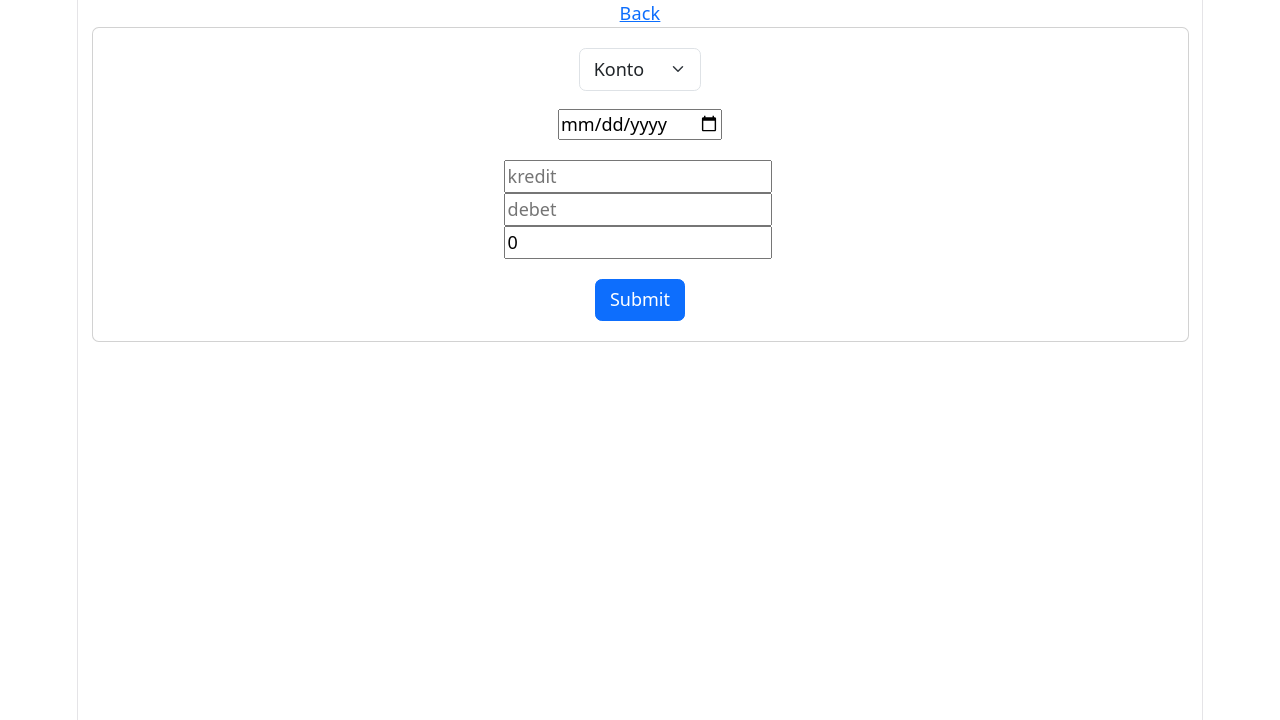
Repository: supply24/kidsaccount
Page: /action
An editor plug-in stored every save of this project. The page is shown before and after the next save, followed by the edit.
The browser window is 1280 px wide. The pictures show the whole page.
The page's requests for data from a server got no answer. The project was rebuilt for these pictures with package versions that can differ from the ones it lists, and the page was loaded fresh each time. No one was signed in, and anything a server would have sent is missing. Also part of the build but not shown: vite.config.js, src/App.css, src/App.jsx, src/Homing.jsx, src/Emilia.jsx, src/Alexander.jsx.

Above is the page before, as saved 2026-08-01 05:42:59.

After the next save:
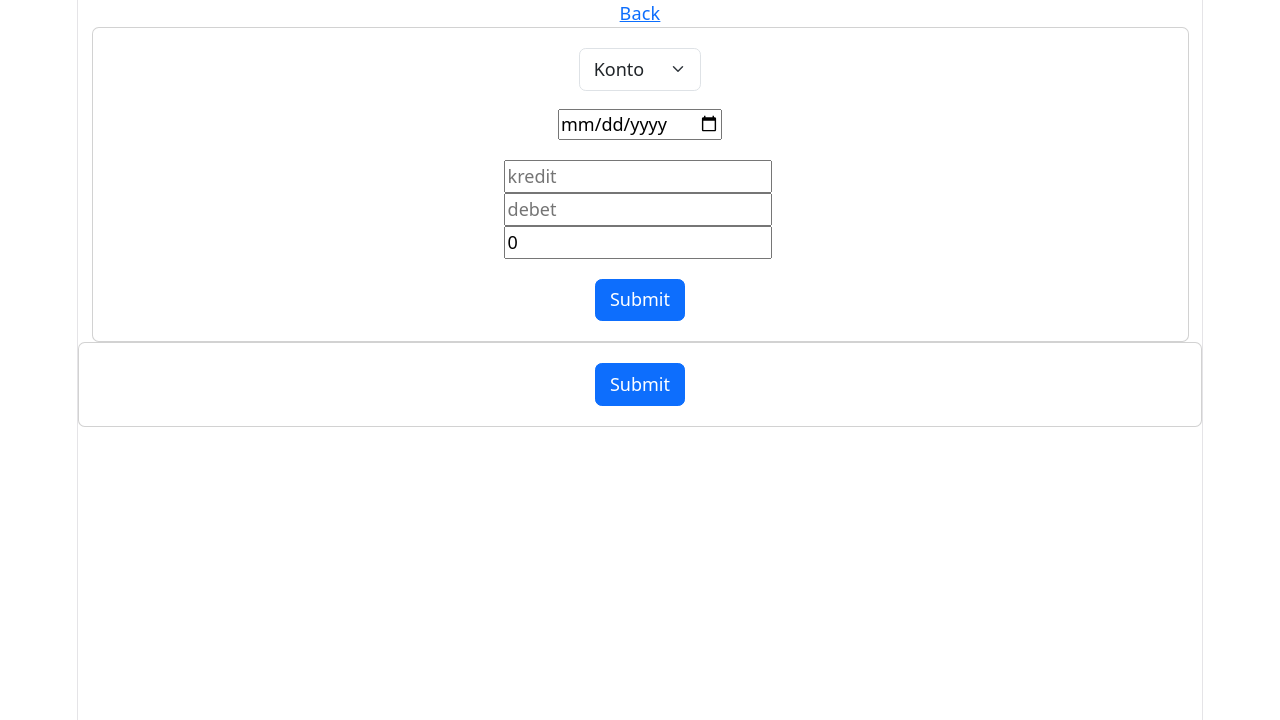
Saved 12 min 7 s later.
--- a/src/Actions.jsx
+++ b/src/Actions.jsx
@@ -74,9 +74,6 @@ const Actions = () => {
       <Link to="/">Back</Link>
 
         <Container>
-
-
-
           <Card>
             <Form onSubmit={handleSubmit}>
               <Col md={4} className="mx-auto" style={{marginTop:"20px"}}>
@@ -91,25 +88,29 @@ const Actions = () => {
   </Form.Select>
 </Form.Group>
 </Col>
-
-
-
-
-
-
-
 <input type="date" value={datetime} onChange={handleDatetime} /><Break/>
 <input type="number" value={kredit} onChange={handleKredit} placeholder='kredit'/>&nbsp;
 <input type="number" value={debet} onChange={handleDebet} placeholder='debet'/>&nbsp;
 <input type="number" value={sumx} onChange={handleSumx} placeholder='sumx'/>&nbsp;
 <Col align="center" md  ={4} className="mx-auto" style={{marginTop:"20px"}}>
   </Col>
-
-
-
-        <Button type="submit" style={{marginBottom:20}}>Submit</Button></Col>
-
-         </Form> </Card></Container>  </div>
+  </Col>
+  <Button type="submit" style={{marginBottom:20}}>Submit</Button>
+</Form>
+ </Card>
+ </Container>
+ <Row>
+ <Container>
+      <Card>
+        <Form onSubmit={handleSubmit}>
+          <Col md={4} className="mx-auto" style={{marginTop:"20px"}}>
+          <Button type="submit" style={{marginBottom:20}}>Submit</Button>
+</Col>
+</Form>
+      </Card>
+    </Container>
+  </Row>
+          </div>
   )
 }
 
